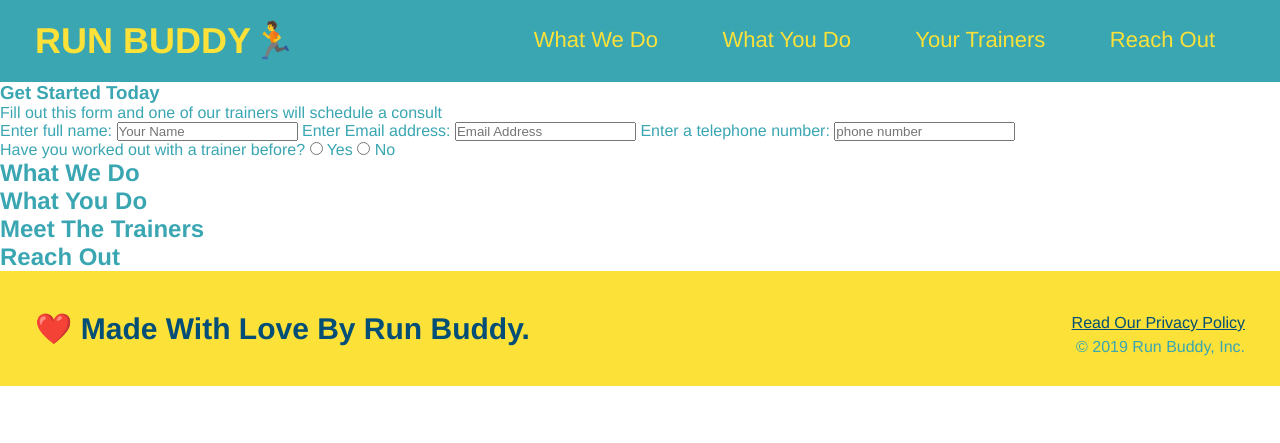
Repository: pilar122/run-buddy
Page: index.html
These files come from the project's save history. The page is drawn as it stood at one moment and after the next save; the edit follows.
The browser window is 1280 px wide. The pictures show the whole page.

Above is the page before, as saved 2023-01-21 08:32:07.

### index.html
<!DOCTYPE html>
<html lang="en">
    <head>
        <meta charset="UTF-8"/>
        <title>Run Buddy</title>
        <link rel="stylesheet" href="./assets/css/style.css" />
    </head>
    <body>
        <!-- navigation -->
        <header>
            <h1>
                <a href="/"> RUN BUDDY🏃</a>
            </h1>
            <nav>
                <ul><!--Unordered list element-->
                    <li> <!--List item element-->
                        <a href="#what-we-do">What We Do</a> <!--Anchor Element-->
                    </li>
                    <li>
                        <a href="#what-you-do">What You Do</a>
                    </li>
                    <li>
                        <a href="#your-trainers">Your Trainers</a>
                    </li>
                    <li>
                        <a href="#reach-out">Reach Out</a>
                    </li>
                </ul>
            </nav>
        </header>

        <!--hero/jumbotron-->
        <section>
            <div>
                <h3>Get Started Today</h3>
                <p>Fill out this form and one of our trainers will schedule a consult</p>
                <!--form element-->
                <form>
                    <!--form input-->
                    <label for="name">Enter full name:</label>
                    <input type="text" placeholder="Your Name" name="name" id="name"/>
                    <label for="email">Enter Email address:</label>
                    <input type="text" placeholder="Email Address" name="email" id="email"/>
                    <label for="phone">Enter a telephone number:</label>
                    <input type="text" placeholder="phone number" name="phone" id="phone"/>

                    <!--button for selection-->
                    <p>
                        Have you worked out with a trainer before?
                        <input type="radio" name="trainer-confirm" id="trainer-yes"/>
                        <label for="trainer-yes">Yes</label>
                        <input type="radio" name="trainer-confirm" id="trainer-no"/>
                        <label for="trainer-no">No</label>
                    </p>


                </form>
            </div>
        </section>

        <!--"what we do" section-->
        <section>
            <h2>What We Do</h2>
        </section>

        <!--"What You Do" section-->
        <section>
            <h2>What You Do</h2>
        </section>

        <!--"Meet The Trainers" section-->
        <section>
            <h2>Meet The Trainers</h2>
        </section>

        <!--"Reach Out" section-->
        <section>
            <h2>Reach Out</h2>
        </section>

        <!--Footer-->
        <footer>
            <h2>❤️ Made With Love By Run Buddy.</h2>
            <div>
                <a href="#">Read Our Privacy Policy</a><br />
                &copy; 2019 Run Buddy, Inc.
            </div>
        </footer>
    </body>
</html>

### assets/css/style.css
/*This is to remove the default browser enforced styled*/
* {
    margin: 0;
    padding: 0;
    box-sizing: border-box;
}

body {
    /*This changes the elements in the body*/
    color: #39a6b2;
    font-family: Helvetica, Arial, sans-serif;
}

/*Applying style to the header*/
header {
    padding: 20px 35px;
    background-color: #39a6b2;
}

header h1 {
    font-weight: bold;
    font-size: 36px;
    color: #fce138;
    margin: 0;
    display: inline; /*This moved the nav on the right hand side up*/
}

header a {
    text-decoration: none;
    color: #fce138;
}

header nav {
    float: right;
    margin: 7px 0;
}

header nav ul li {
    display: inline; /*horizontally in a row*/
}

header nav ul li a {
    margin: 0 30px;
    font-weight: lighter;
    font-size: 22px;
}

footer {
    background: #fce138;
    width: 100%;
    padding: 40px 35px;
}

footer h2 {
    display: inline;
    color: #024e76;
    font-size: 30px;
    margin: 0;
}

footer div {
    float: right;
    line-height: 1.5;
    text-align: right;
}

footer a {
    color: #024e76;
}

After the next save:
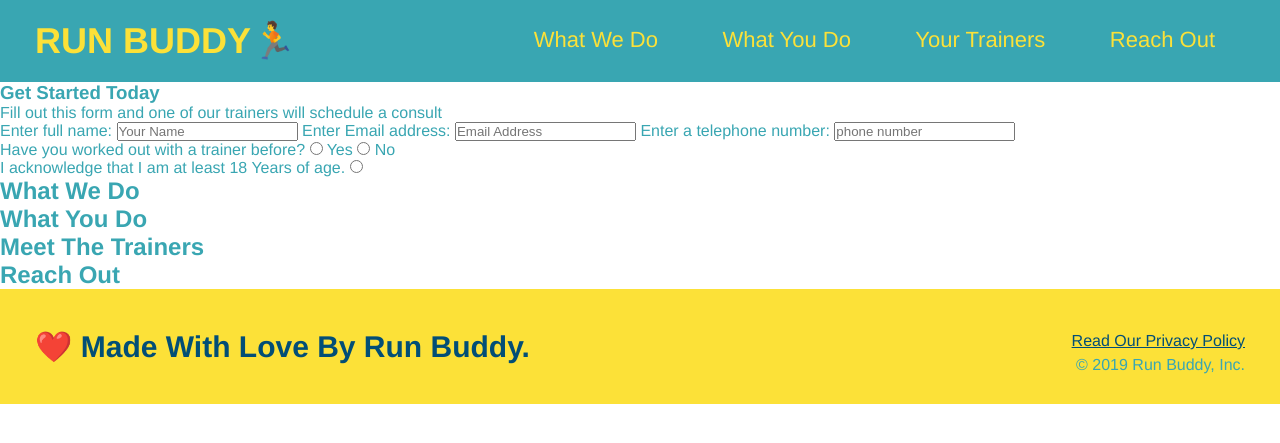
Saved 4 min 1 s later.
--- a/index.html
+++ b/index.html
@@ -52,7 +52,11 @@
                         <input type="radio" name="trainer-confirm" id="trainer-no"/>
                         <label for="trainer-no">No</label>
                     </p>
-
+                    <p>
+                        I acknowledge that I am at least 18 Years of age.
+                        <input type="radio" name="age" id="confirm"/>
+                        <label for="confirm"></label>
+                    </p>
 
                 </form>
             </div>
